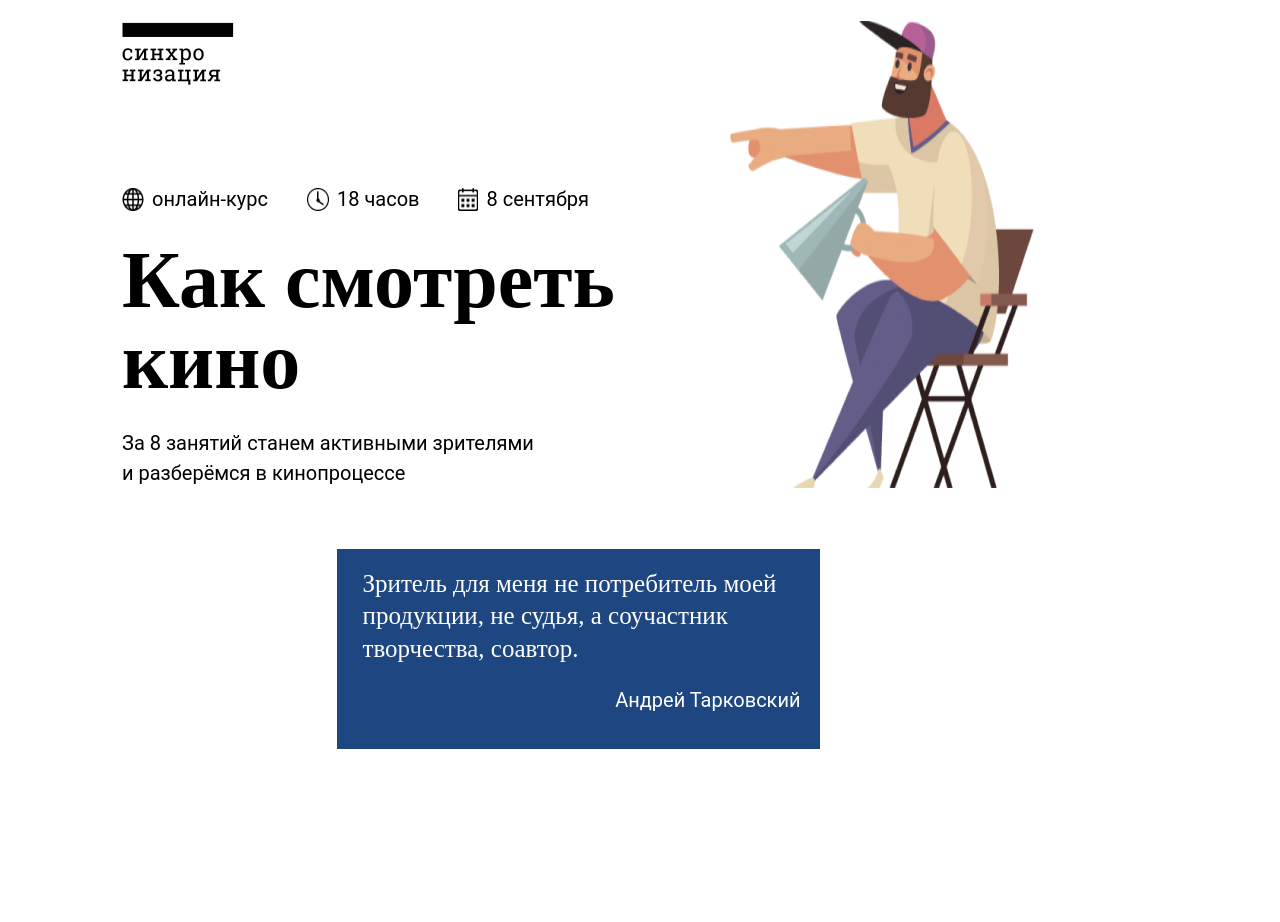
Repository: PoladEziz/Task-8
Page: index.html
An editor plug-in stored every save of this project. The page is shown before and after the next save, followed by the edit.
The browser window is 1280 px wide. The pictures show the whole page.

Above is the page before, as saved 2023-05-25 16:19:07.

### index.html
<!DOCTYPE html>
<html lang="en">

<head>
    <meta charset="UTF-8">
    <meta http-equiv="X-UA-Compatible" content="IE=edge">
    <meta name="viewport" content="width=device-width, initial-scale=1.0">
    <title>Document</title>
    <link rel="stylesheet" href="index.css">
</head>

<body>
    <div class="main">
        <div class="top">
            <div class="box1">
            <img class="logo" src="logo_mobile_black 1.png" alt="Logo photo">
            <ul>
                <li><img src="globe.png" alt=""><p>онлайн-курс</p></li>
                <li><img src="img_135744.png" alt=""><p>18 часов </p></li>
                <li><img src="calendar_2.png" alt=""><p>8 сентября</p></li>
            </ul>
            <h1>Как смотреть кино</h1>
            <p class="yazi">За 8 занятий станем активными зрителями
                и разберёмся в кинопроцессе</p>
            </div>

            <img src="noroot 1.png" alt="Photo">

        </div>

        <div class="bot">
            <div class="box">
                <p>Зритель для меня
                    не потребитель моей продукции, не судья, а соучастник творчества, соавтор. </p>
                <h1>Андрей Тарковский</h1>
            </div>
        </div>
    </div>
</body>

</html>

### index.css
* {
  padding: 0;
  margin: 0;
  box-sizing: border-box;
}

.main {
  width: 100%;
  min-height: 100vh;
  padding: 21px 246px 173px 122px;
  display: flex;
  flex-direction: column;
}

.top {
  width: 100%;
  display: flex;
  justify-content: space-between;
}

.bot {
  width: 100%;
  display: flex;
  justify-content: center;
  margin-top: 61px;
}

.box {
  width: 483px;
  height: 200px;
  background-color: #1e4681;
  padding: 19px 19px 26px 26px;
}

.box p {
  font-family: "Roboto Slab";
  font-style: normal;
  font-weight: 400;
  font-size: 25px;
  line-height: 130%;
  color: white;
}

.box h1 {
  font-family: "Roboto";
  font-style: normal;
  font-weight: 400;
  font-size: 20px;
  line-height: 130%;
  text-align: right;
  margin-top: 22px;
  color: white;
}

.box1 ul li {
  list-style-type: none;
  font-family: "Roboto";
  font-style: normal;
  font-weight: 400;
  font-size: 20px;
  line-height: 115%;
  display: flex;
  margin-right: 39px;
}

.logo {
  margin-bottom: 97px;
  width: 112px;
  height: 66px;
}

.box1 ul {
  display: flex;
  align-items: center;
}

.box1 ul li p {
  margin-left: 8px;
}

.top h1 {
  font-family: "Roboto Slab";
  font-style: normal;
  font-weight: 700;
  font-size: 80px;
  line-height: 101.38%;
  width: 567px;
  margin-top: 29px;
  margin-bottom: 26px;
}

.yazi {
  font-family: "Roboto";
  font-style: normal;
  font-weight: 400;
  font-size: 20px;
  line-height: 150%;
  width: 414px;
}

After the next save:
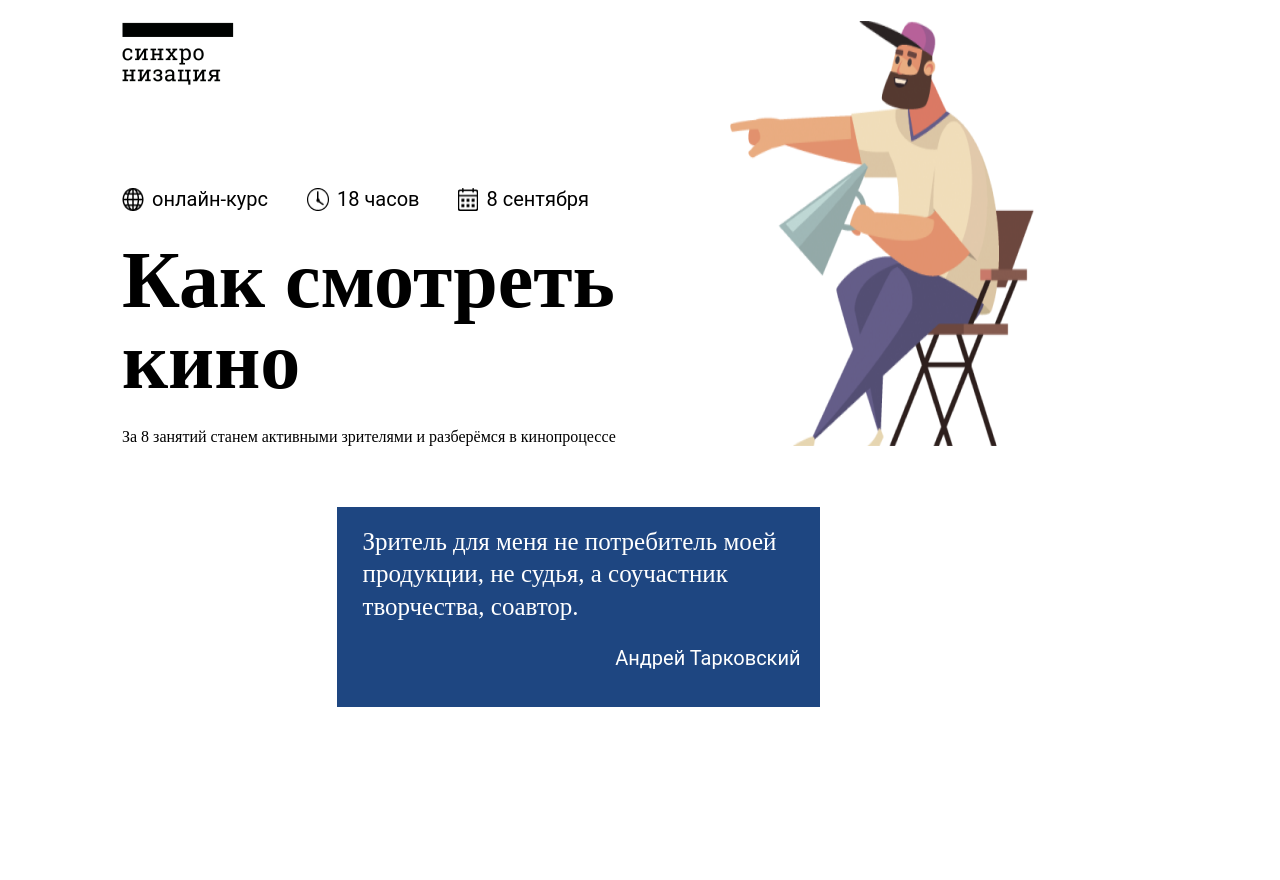
Saved 2 min 3 s later.
--- a/index.html
+++ b/index.html
@@ -20,7 +20,7 @@
                 <li><img src="calendar_2.png" alt=""><p>8 сентября</p></li>
             </ul>
             <h1>Как смотреть кино</h1>
-            <p class="yazi">За 8 занятий станем активными зрителями
+            <p class="text">За 8 занятий станем активными зрителями
                 и разберёмся в кинопроцессе</p>
             </div>
 

After the save that followed:
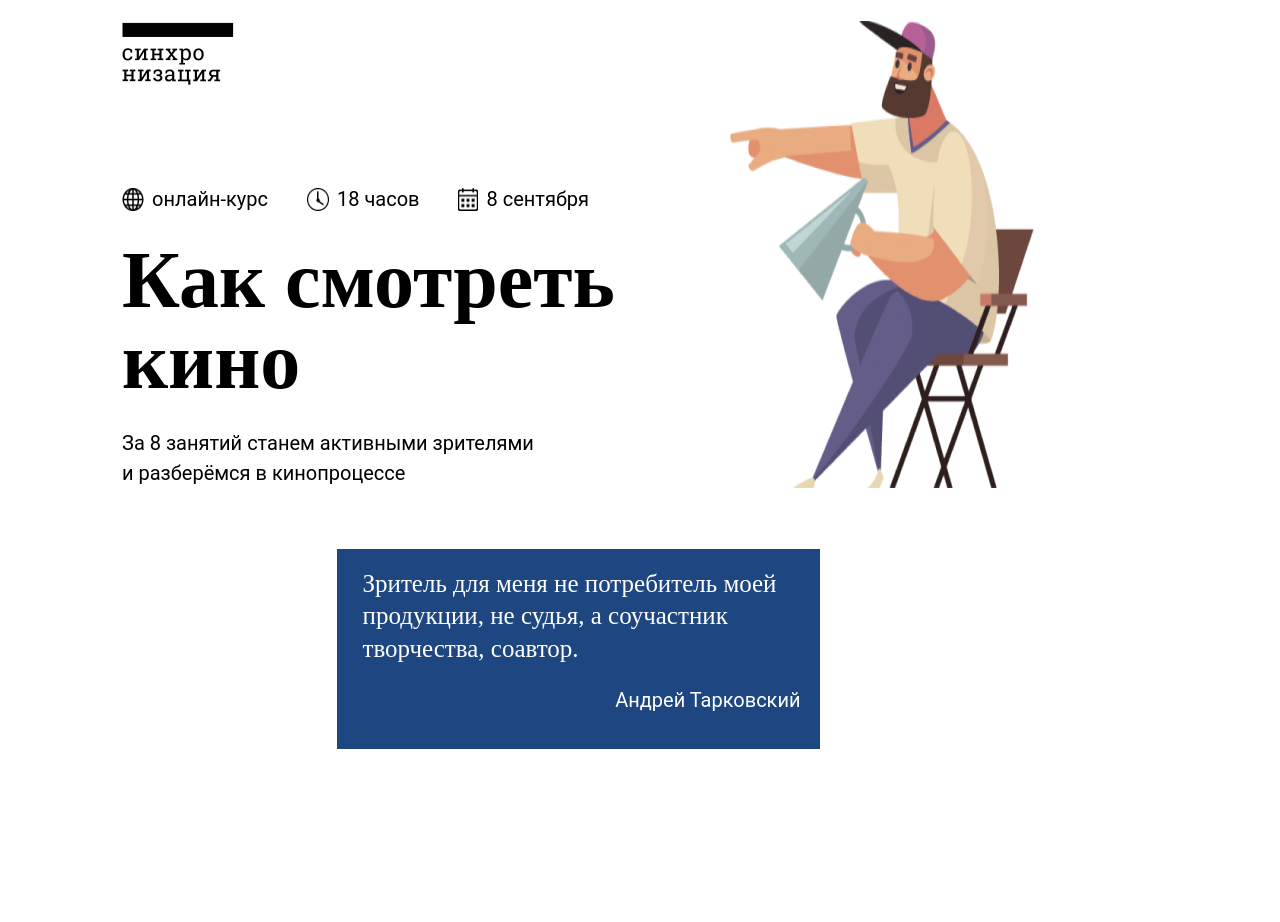
Saved 6 s later.
--- a/index.css
+++ b/index.css
@@ -89,7 +89,7 @@
   margin-bottom: 26px;
 }
 
-.yazi {
+.text {
   font-family: "Roboto";
   font-style: normal;
   font-weight: 400;
